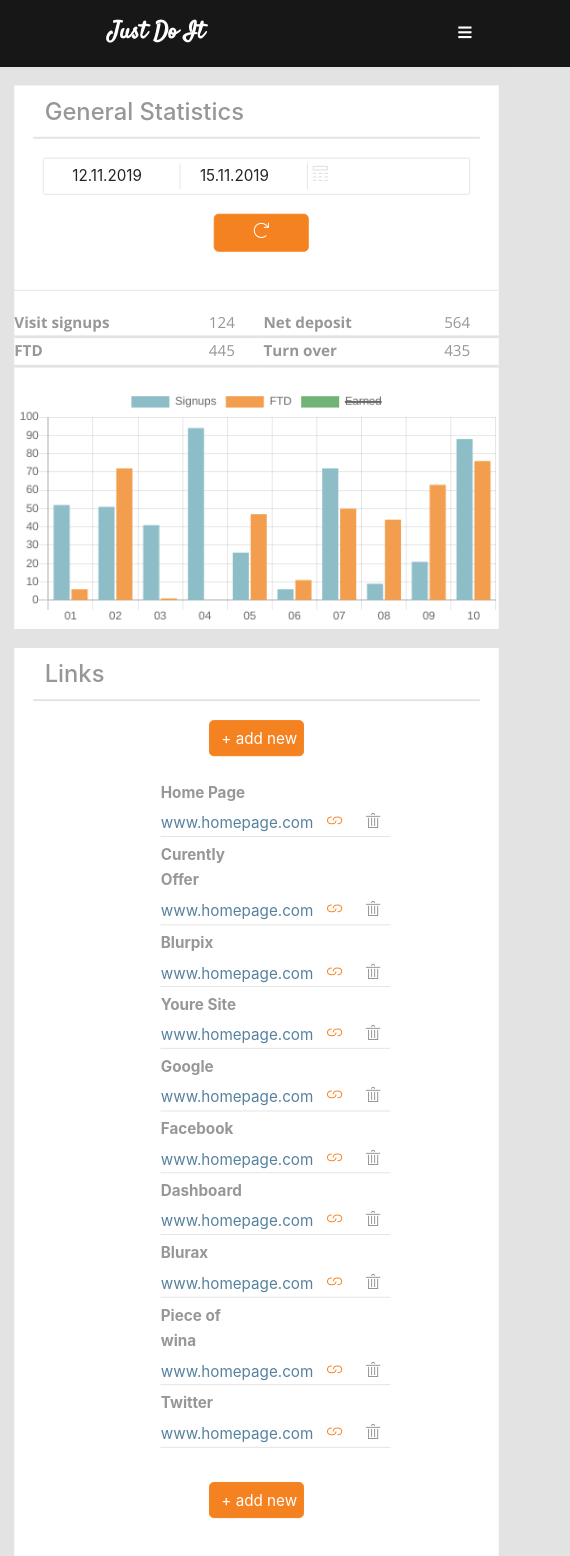
Repository: OllaWilk/wwwJustDoIt
Page: index.html
These files come from the project's save history. The page is drawn as it stood at one moment and after the next save; the edit follows.
The browser window is 600 px wide. The pictures show the whole page, at 95% of full size.
Some web libraries are served in a nearby version. The style sheet was rebuilt from its Sass, Less or Tailwind sources for each picture, by a compiler version that may differ from the author's.

Above is the page before, as saved 2019-12-25 19:56:36.

### index.html
<!DOCTYPE html>
<html lang=”en”>
    <head>
        <meta charset=”utf-8”>
        <meta name="viewport" content="width=device-width, initial-scale=1.0">
        <meta http-equiv="X-UA-Compatible" content="ie=edge">
        <meta name="description" content="Projekt indywidualny z kursu Kodilla">
        <meta name="keywords" content="kodilla, indiwidual, project">
        <title>Just Do It - soloProject</title>
            <link href="https://use.fontawesome.com/releases/v5.7.2/css/all.css" rel="stylesheet">
            <link href="https://fonts.googleapis.com/css?family=Open+Sans:400,400i,700|Satisfy&display=swap&subset=latin-ext" rel="stylesheet">
            <link rel="stylesheet" href="https://stackpath.bootstrapcdn.com/bootstrap/4.1.3/css/bootstrap.min.css" integrity="sha384-MCw98/SFnGE8fJT3GXwEOngsV7Zt27NXFoaoApmYm81iuXoPkFOJwJ8ERdknLPMO" crossorigin="anonymous">
            <link rel="stylesheet" href="css/style.css">
            <link rel="stylesheet" href="vendor/css/Glyphter.css">
        </head>

    <body>
        <nav class = "navigation">
            <div class = "navigationWraper">
                <div class  ="navigationTop">
                    <h1 class = "logo">Just Do It</h1>
                    <i id="hamburger" class="fas fa-bars"></i>
                </div>
                <div = class="navigationWraperMobile">
                    <ul>
                        <li><i id="start" class="icon-general"></i><a class="menuButon" href="index.html">General</a></li>
                        <li><i id="details" class="icon-details"></i><a class="menuButon" href="index.html">Details </a></li>
                        <li><i id="links" class="icon-links"></i><a class="menuButon" href="index.html">Links</a></li>
                        <li><i id="banners" class="icon-banners"></i><a class="menuButon" href="index.html">Banners</a></li>
                        <li><i id="personal data" class="icon-personaldata"></i><a class="menuButon" href="index.html">Personal Data</a></li>
                        <li><i id="payout" class="icon-payout"></i><a class="menuButon" href="index.html">Payout</a></li>
                        <li><i id="postback" class="icon-postback"></i><a class="menuButon" href="index.html">Postback</a></li>
                    </ul>
                    <div class = "menagoImg">
                        <h2>Your Manager</h2>
                        <a class="menuButon" href = "index.html">
                            <img src="images/business-woman-746766_1920.jpg">
                        </img>Luisa</a>
                    </div>
                </div>
            </div>
        </nav>

        <div class= "topMenu">
            <div class = "topMenuWrapper">
                <div class= "iconsTopMenu">
                    <i id="wallet" class="icon-wallet"></i>
                    <h3>$ 1,5000</h3>
                    <i id="arrowDown" class="icon-arrow-down-small"></i>
                </div>
                <div class= "iconsTopMenu">
                    <i id="notification" class="icon-notification"></i>
                </div>
                <div class= "iconsTopMenu">
                    <i id="profile" class="icon-profile"></i>
                    <p>Jan Kowalski</p>
                </div>
                <div class= "iconsTopMenu">
                    <i id="start" class="icon-quit"></i>
                </div>
            </div>
        </div>

        <section class = "container">
            <div class = "section  mainPage">
                <h2  class="title">General Statistics</h2>
                <div class="dates">
                    <div class="datesConteiner">
                        <div class="dateStart">12.11.2019</div>
                        <div class="dateEnd">15.11.2019 </div>
                        <i id="calendar" class="icon-calendar"></i>
                    </div>
                    <a href="index.html" id="refresh" class="btnRefrsh btn icon-refresh"></a>
                </div>
                <div class="statistic">
                    <div class="legendWrap">
                        <table>
                            <tr>
                              <td class="visitSignups">
                                <h3>Visit signups</h3>
                                <p>124</p>
                              </td>
                              <td class="netDeposit">
                                <h3>Net deposit</h3>
                                <p>564</p>
                              </td>
                            </tr>
                            <tr>
                              <td class="FTD">
                                <h3>FTD</h3>
                                <p>445</p>
                              </td>
                              <td class="turnOver">
                                <h3>Turn over</h3>
                                <p>435</p>
                              </td>
                            </tr>
                        </table>
                    </div>
                    <canvas id="myChart"></canvas>
                </div>
            </div>

            <div class = "section links">
                <h2  class="title">Links</h2>
                <div class="btnWraper">
                    <a href="index.html" id="refresh" class="btn btnAddNew">+ add new</a>
                </div>
                <div class = "linkWraper">
                    <ul>
                        <li>
                            <p>Home Page</p>
                            <a href="index.html">www.homepage.com</a>
                            <i id="start" class="colorLinks icon-links"></i>
                            <i id="start" class="icon-trash"></i>
                        </li>
                        <li>
                            <p>Curently Offer</p>
                            <a href="index.html">www.homepage.com</a>
                            <i id="start" class="colorLinks icon-links"></i>
                            <i id="start" class="icon-trash"></i>
                        </li>
                        <li>
                            <p>Blurpix</p>
                            <a href="index.html">www.homepage.com</a>
                            <i id="start" class="colorLinks icon-links"></i>
                            <i id="start" class="icon-trash"></i>
                        </li>
                        <li>
                            <p>Youre Site</p>
                            <a href="index.html">www.homepage.com</a>
                            <i id="start" class="colorLinks icon-links"></i>
                            <i id="start" class="icon-trash"></i>
                        </li>
                        <li>
                            <p>Google</p>
                            <a href="index.html">www.homepage.com</a>
                            <i id="start" class="colorLinks icon-links"></i>
                            <i id="start" class="icon-trash"></i>
                        </li>
                        <li>
                            <p>Facebook</p>
                            <a href="index.html">www.homepage.com</a>
                            <i id="start" class="colorLinks icon-links"></i>
                            <i id="start" class="icon-trash"></i>
                        </li>
                        <li>
                            <p>Dashboard</p>
                            <a href="index.html">www.homepage.com</a>
                            <i id="start" class="colorLinks icon-links"></i>
                            <i id="start" class="icon-trash"></i>
                        </li>
                        <li>
                            <p>Blurax</p>
                            <a href="index.html">www.homepage.com</a>
                            <i id="start" class="colorLinks icon-links"></i>
                            <i id="start" class="icon-trash"></i>
                        </li>
                        <li>
                            <p>Piece of wina</p>
                            <a href="index.html">www.homepage.com</a>
                            <i id="start" class="colorLinks icon-links"></i>
                            <i id="start" class="icon-trash"></i>
                        </li>
                        <li>
                            <p>Twitter</p>
                            <a href="index.html">www.homepage.com</a>
                            <i id="start" class="colorLinks icon-links"></i>
                            <i id="start" class="icon-trash"></i>
                        </li>
                    </ul>

                </div>
                <div class="btnWraper">
                    <a href="index.html" id="refresh" class="btn btnAddNew">+ add new</a>
                </div>
            </div>
        </section>

        <script src="https://cdnjs.cloudflare.com/ajax/libs/Chart.js/2.4.0/Chart.min.js"></script>
        <script src="js/script.js"></script>
    </body>
</html>

### js/script.js
/*Responsive left menu - hamburger*/

const hamburgerMenuLeft = document.getElementById('hamburger');
const mobileMenu = document.querySelector('.navigationWraperMobile');

hamburger.addEventListener('click', function(){
    mobileMenu.classList.toggle('active');
});

/*statistic*/

var ctx = document.getElementById('myChart').getContext('2d');

var chart = new Chart(ctx, {
    // 1
    type: 'bar',
    data: {
        // 2
        labels: ["01", "02", "03", "04", "05", "06", "07", "08", "09", "10"],
        // 3
        datasets: [{
            // 4
            label: "Signups",
            // 5
            backgroundColor: '#8DBEC8',
            borderColor: '#8DBEC8',
            // 6
            data: [ 52, 51, 41, 94, 26, 6, 72, 9, 21, 88 ],
        },
        {
            label: "FTD",
            backgroundColor: '#F29E4E',
            borderColor: '#F29E4E',
            data: [ 6, 72, 1, 0, 47, 11, 50, 44, 63, 76 ],
        },
        {
            label: "Earned",
            backgroundColor: '#71B374',
            borderColor: '#71B374',
            data: [ 59, 49, 68, 90, 67, 41, 13, 38, 48, 48 ],
            // 7
            hidden: true,
        }]
    },
});

### sass/style.scss
/*importy styli*/
@import "variables";
@import "mixins";

@import "normalize";
@import "layout";

@import "sections/leftNavigtation";
@import "sections/topUserMenu";

@import "pages/mainPage";
@import "pages/links";
@import "components/mediaQuery";

### sass/_variables.scss
/*stałe graficzne*/
/*colors*/
$color-dark: #171717;
$color-light: #ffffff;
$color-buttonGreyDark: #979797;
$color-buttonGreyLight: #bbbbbb;
$color-buttonDisable: #e4e4e4;
$color-background: #E3E3E3;
$color-buttonOrangeDark: #F58220;
$color-buttonOrangeLight: #FFA200;
$color-onlineButton: #04AE00;
$color-notificationClicked: #74B67A;
$color-notificationUnclicked: #96CC9B;
$color-buttonNegativeClicked: #DE5252;
$color-buttonNegativeUnclicked: #EC7171;
$color-links: #56819F;
$color-strongRed: #FF0000;

/*font sizes*/

$paragraph-font-size: 16px;

/*fonts*/
$logo: 'Satisfy', cursive;
$brand-font: "Open Sans", Helvetica, Arial;
$default-font: 'Roboto', sans-serif;

### sass/_mixins.scss
/*buttons*/
.btn {
  display: inline-block;
  border-radius: 5px;
  font-size: 16px;
  text-align: center;
  text-decoration: none;
  cursor: pointer;
  border: 1px solid $color-buttonOrangeDark;
  background-color: $color-buttonOrangeDark;
  color: $color-light;
  width: 100px;
  &:hover {
    background-color: $color-light;
    color: $color-buttonGreyDark;
    border: 1px solid $color-buttonGreyDark;
  }
}


.btnRefrsh {
  width: 40px;
  height: 40px;
  margin: 20px;
}

@mixin flex-center {
  display: flex;
  justify-content: center;
}

/*links*/

### sass/_layout.scss
/*Global*/
html {
    box-sizing: border-box;
}

*, *::before, *::after {
    box-sizing: inherit;
}

body {
    margin: 0;
    background-color: $color-background;
    font-size: 16px;
    line-height: 1.7;
    display: flex;
}

.container {
    width: calc(100% - 240px); //NIE DZIAŁA DLACZEGO?
    top: 70px;
    left: 240px;
    position: absolute;
    z-index: -1;
}

.section {
    background-color: $color-light;
    //width: 141%; //tu musi być 141% bo szerokość kontenera nie mogę zmienić
}

### sass/sections/_leftNavigtation.scss
.navigation {
    width: 240px;
    height: 100vh;
    position: fixed;
    background-color: $color-dark;
    color: $color-light;
    padding: 10px;

}

.navigationWraper {
    font-family: $brand-font;
    ul {
        font-size: 16px;
        list-style-type: none;
        color: $color-background;
        li {
            margin: 20px 0px;
            padding:10px;
            &:hover {
                border-left: 4px solid $color-buttonOrangeDark;
            }
        }
    }
}

.navigationTop {
    display: flex;
    align-items: baseline;
    i {
        opacity: 0;
        cursor: none;
    }
}

.logo {
    font-family: $logo;
    font-size: 25px;
    font-weight: 600;
    margin: 10px auto;
}

.menuButon {
    color: $color-background;
    font-family: $brand-font;
    font-size: 16px;
    margin: 0 10px;
    text-decoration: none;
    &:hover {
        color: $color-background;
        text-decoration: none;
    }
}

.menagoImg {
    h2 {
        font-size: 25px;
        font-weight: 600;
        color: $color-background;
        margin: 25px 0 10px 10px;
    }
    a {
        img {
            border-radius: 50%;
            height: 55px;
            width: 55px;
            margin: 20px;
        }

    }
}

### sass/sections/_topUserMenu.scss
.topMenu {
    background-color: $color-light;
    width: calc(100% - 240px);
    height: 50px;
    margin-left: 240px;
    position: fixed;
}

.topMenuWrapper {
    display: flex;
    float: right;
    width: auto;
    margin: 5px 10px;
}

.iconsTopMenu {
    display: flex;
    align-items: baseline;
    border-left: 2px solid $color-background;
    padding: 10px 20px 0 20px;
    i {
        display:inline-block;
    }
    h3 {
        font-size: 20px;
        margin: 0 10px;
        font-weight: bold;
        font-family: $default-font;
    }
    p{
        font-size: 16px;
        margin: 0 10px;
        font-family: $default-font;
    }
}

/*UWAGI
inny krótszy zapisz gdzie p z 52 linijki html jest zamienione na h3: nie działa :first-child a działa :last-child

.iconsTopMenu {
    display: flex;
    align-items: baseline;
    border-left: 2px solid $color-background;
    padding: 10px 20px 0 20px;
    i {
        display:inline-block;
    }
    h3 {
        font-size: 16px;
        margin: 0 10px;
        font-weight: bold;
        :first-child{
            font-weight: bold;
        }
    }
}

*/

### sass/pages/_mainPage.scss
.title {
    color: $color-buttonGreyDark;
    font-weight: 550;
    font-size: 25px;
    border-bottom: 2px solid $color-background;
    padding: 12px;
    margin: 0 20px;
}

//Daty

.dates {
    display: flex;
    justify-content: center;
    padding: 20px 30px;
    align-items: baseline;
    border-bottom: 1px solid $color-background;
}

.datesConteiner {
    padding: 5px 10px;
    border: 1px solid $color-background;
    border-radius: 2px;
    display: flex;
    align-items: baseline;
    div {
        border-right: 1px solid $color-background;
        padding-left: 20px;
        padding-right: 40px;
        font-size: 16px;
    }
    i {
        color: $color-background;
        padding-left: 5px;
    }
}

.legendWrap {
    table {
      margin: 20px auto;
      width: 70%;
      border-spacing: 25px; //dlaczego nie działasz?
      tr {
        td {
          position: relative;
          padding: 0;
          border-bottom: 3px solid $color-background;
          width: auto;
          h3, p {
            display: inline;
            font-family: $brand-font;
            font-size: 16px;
            font-weight: bold;
            color: $color-buttonGreyDark;
            padding-right:  30px;
          }
          p {
            position: absolute;
            right: 0;
            margin: 0;
            font-weight: 500;
          }
        }
      }
    }
  }

### sass/pages/_links.scss

//Linki
.links {
    margin-top: 20px;
    padding-bottom: 20px;
}

.btnWraper {
    display: flex;
    justify-content: center;
}

.btnAddNew {
    margin: 20px;

}

.linkWraper {
    font-size: 16px;
    color: $color-buttonGreyDark;
    display: flex;
    justify-content: center;
    ul {
        li {
            display: flex;
            align-items: baseline;
            border-bottom: 1px solid $color-background;
            &:hover {
                background-color: $color-background;
            }
            p {
                font-weight: bold;
                margin: 5px 0;
                width: 320px;
            }
        }
    }
    a {
        color: $color-links;
        text-decoration: none;
        width: 320px;
    }
    i {
        margin: 0 10px;
    }
}

.colorLinks {
    color: $color-buttonOrangeDark;
    margin-left: 320px;
}

### sass/components/_mediaQuery.scss
@media (max-width: 750px) {

    /*topUserMenu*/

    .topMenu {
        margin: auto;
        z-index: -1;
    }

    .topMenuWrapper {
        display: none;
    }

    /*leftNavigationMenu*/

    .navigation  {
        width: 100%;
        height: auto;
    }

    .navigationTop {
        justify-content: space-around;
        z-index: 1;
        i {
            opacity: 1;
            font-size: 16px;
            margin-left: 70px;
            cursor: pointer;
            &:hover {
                color: $color-buttonOrangeDark;
            }
        }
    }

    .logo {
        margin: 10px;
    }

    .navigationWraperMobile {
        display: none;
        width: 100%;
    }

    .navigationWraperMobile.active {
        display: block;
        position: fixed;
        right: 0;
        height: 100%;
        background-color: $color-dark;
        z-index: 1;
        line-height: 0;
        padding: 0 80px;
    }

    .menagoImg {
        h2 {
            font-size: 20px;
        }
    }

     /*layout*/

    .container {
        left: 0;
        width: 100%;
        top: 90px;
    }

    /*Main Page - General statistics*/

    .dates {
        display: block;
    }

    .btnRefrsh {
        width: 100px;
        margin: 20px 40%;
    }

    .legendWrap {
        table {
          margin: 20px auto;
          width: 100%;
          border-spacing: 25px; //dlaczego nie działasz?
          tr {
            td {
              position: relative;
              padding: 0;
              border-bottom: 3px solid $color-background;
              width: auto;
              h3, p {
                display: inline;
                font-family: $brand-font;
                font-size: 16px;
                font-weight: bold;
                color: $color-buttonGreyDark;
                padding-right:  30px;
              }
              p {
                position: absolute;
                right: 0;
                margin: 0;
                font-weight: 500;
              }
            }
          }
        }
      }








    .linkWraper {
        width: 100%;
        ul {
            li {
            display: block;
            p {
                width: 100px;
            }
            }
        }
    }
}

Loaded but not shown: vendor/css/Glyphter.css (common file); sass/_normalize.scss (common file)

After the next save:
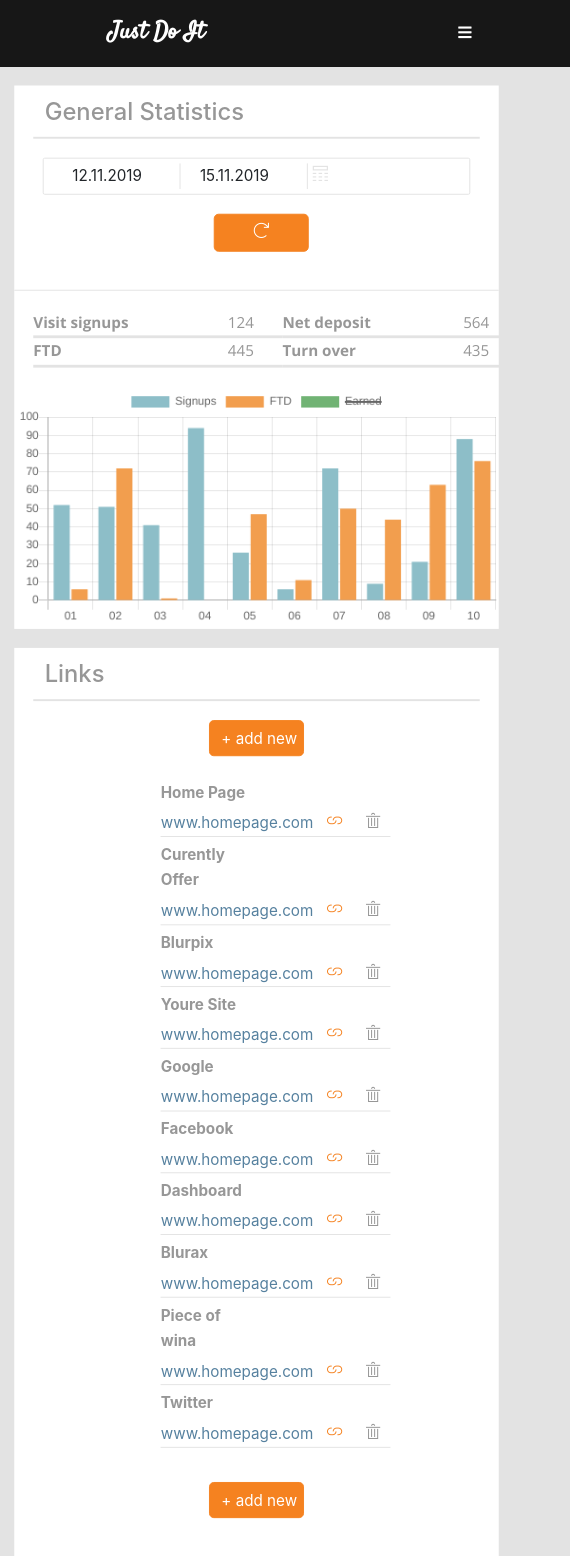
Saved 35 s later.
--- a/sass/components/_mediaQuery.scss
+++ b/sass/components/_mediaQuery.scss
@@ -79,7 +79,7 @@
 
     .legendWrap {
         table {
-          margin: 20px auto;
+          margin: 20px;
           width: 100%;
           border-spacing: 25px; //dlaczego nie działasz?
           tr {
